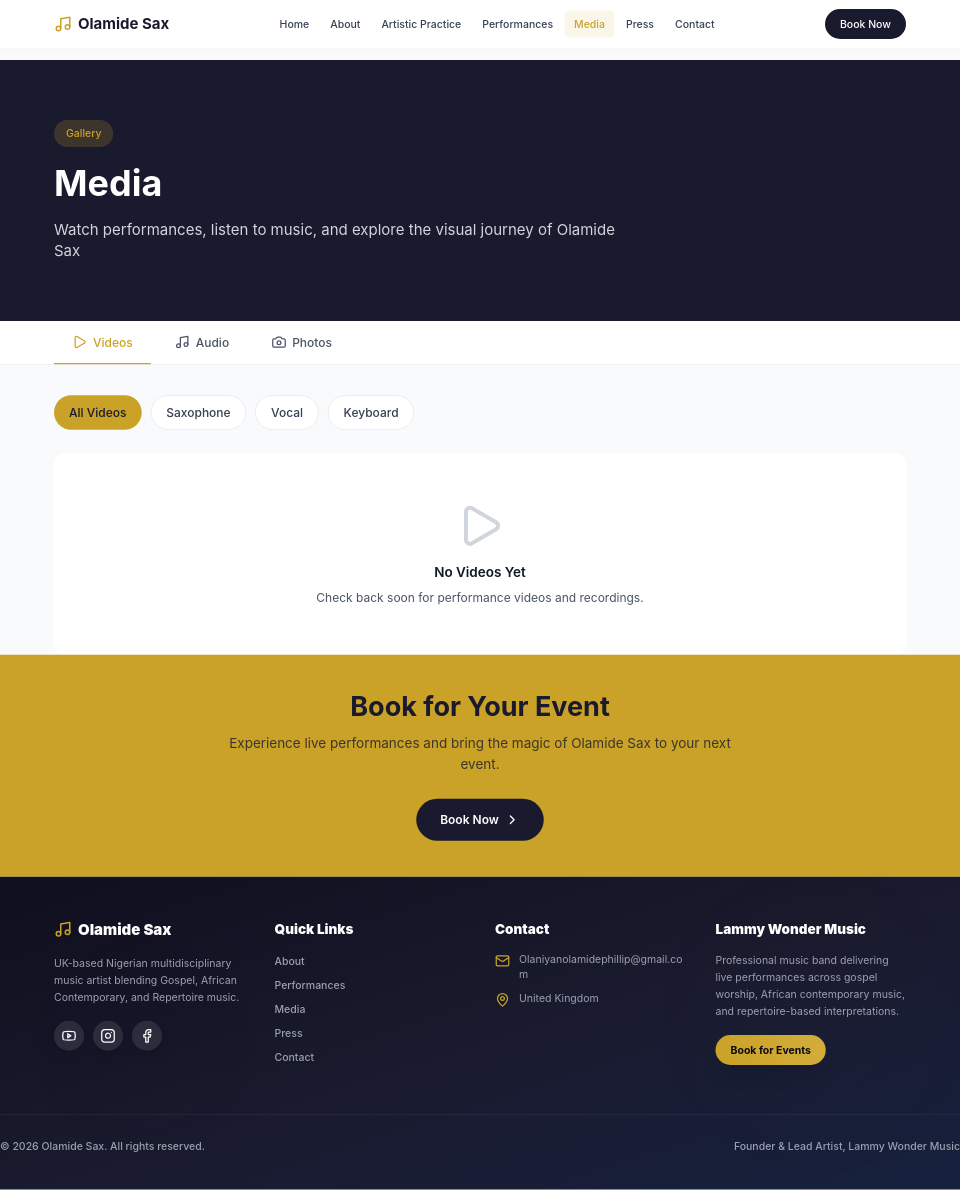
Repository: TheJazzDev/olamide-sax
Page: /media
An editor plug-in stored every save of this project. The page is shown before and after a run of saves, followed by the edit.
The browser window is 1280 px wide. The pictures show the whole page, at 75% of full size.
The page's requests for data from a server got no answer. The project was rebuilt for these pictures with package versions that can differ from the ones it lists, and the page was loaded fresh each time. Some packages were replaced by stand-ins written for this rebuild. The framework's server and built-in components were replaced by stand-ins that run in the browser. No one was signed in, and anything a server would have sent is missing. Also part of the build but not shown: next.config.ts.

Above is the page before, as saved 2026-01-17 17:36:30.

### app/layout.tsx
import type { Metadata } from 'next';
import './globals.css';

export const metadata: Metadata = {
  title: 'Olamide Sax | Vocalist • Saxophonist • Keyboardist',
  description:
    'UK-based Nigerian multidisciplinary music artist blending Gospel, African Contemporary, and Repertoire music through live performance, worship, and community-focused cultural events. Founder & Lead Artist of Lammy Wonder Music.',
  keywords: [
    'Olamide Sax',
    'Saxophonist',
    'Vocalist',
    'Keyboardist',
    'Nigerian Artist',
    'UK Musician',
    'Gospel Music',
    'African Contemporary',
    'Lammy Wonder Music',
    'Live Performance',
    'Worship Music',
  ],
  authors: [{ name: 'Olamide Sax' }],
  openGraph: {
    title: 'Olamide Sax | Vocalist • Saxophonist • Keyboardist',
    description:
      'UK-based Nigerian multidisciplinary music artist blending Gospel, African Contemporary, and Repertoire music.',
    type: 'website',
    locale: 'en_GB',
  },
  twitter: {
    card: 'summary_large_image',
    title: 'Olamide Sax | Vocalist • Saxophonist • Keyboardist',
    description:
      'UK-based Nigerian multidisciplinary music artist blending Gospel, African Contemporary, and Repertoire music.',
  },
};

export default function RootLayout({
  children,
}: Readonly<{
  children: React.ReactNode;
}>) {
  return (
    <html lang='en'>
      <head>
        <link
          rel='apple-touch-icon'
          sizes='180x180'
          href='/apple-touch-icon.png'
        />
        <link
          rel='icon'
          type='image/png'
          sizes='32x32'
          href='/favicon-32x32.png'
        />
        <link
          rel='icon'
          type='image/png'
          sizes='16x16'
          href='/favicon-16x16.png'
        />
        <link rel='manifest' href='/site.webmanifest' />
      </head>
      <body className='antialiased'>{children}</body>
    </html>
  );
}

### app/(site)/layout.tsx
import Navigation from "@/components/Navigation";
import Footer from "@/components/Footer";

export default function SiteLayout({
  children,
}: {
  children: React.ReactNode;
}) {
  return (
    <>
      <Navigation />
      <main className="pt-16 md:pt-20">
        {children}
      </main>
      <Footer />
    </>
  );
}

### app/(site)/media/page.tsx
'use client';

import { useState, useEffect } from 'react';
import { useSearchParams } from 'next/navigation';
import Image from 'next/image';
import Link from 'next/link';
import { Play, Music, Camera, ChevronRight, ExternalLink, Disc } from 'lucide-react';

interface VideoItem {
  id: string;
  title: string;
  url: string;
  platform: string;
  description?: string;
  category?: string | null;
  featured: boolean;
  displayOrder: number;
}

interface MusicItem {
  id: string;
  title: string;
  platform: string;
  url: string;
  releaseYear: string;
}

interface PhotoItem {
  id: string;
  title: string;
  url: string;
  category: string;
  alt: string;
}

type TabType = 'videos' | 'audio' | 'photos';
type VideoCategory = 'all' | 'SAXOPHONE' | 'VOCAL' | 'KEYBOARD';

export default function MediaPage() {
  const searchParams = useSearchParams();
  const [activeTab, setActiveTab] = useState<TabType>('videos');
  const [videoCategory, setVideoCategory] = useState<VideoCategory>('all');
  const [videos, setVideos] = useState<VideoItem[]>([]);
  const [music, setMusic] = useState<MusicItem[]>([]);
  const [photos, setPhotos] = useState<PhotoItem[]>([]);
  const [loading, setLoading] = useState(true);

  useEffect(() => {
    fetchData();

    // Check for category parameter in URL
    const category = searchParams.get('category');
    if (category && (category === 'SAXOPHONE' || category === 'VOCAL' || category === 'KEYBOARD')) {
      setActiveTab('videos');
      setVideoCategory(category as VideoCategory);
    }
  }, [searchParams]);

  const fetchData = async () => {
    try {
      const [videosRes, musicRes, photosRes] = await Promise.all([
        fetch('/api/videos'),
        fetch('/api/music'),
        fetch('/api/photos'),
      ]);

      const videosData = await videosRes.json();
      const musicData = await musicRes.json();
      const photosData = await photosRes.json();

      setVideos(videosData);
      setMusic(musicData);
      setPhotos(photosData);
    } catch (error) {
      console.error('Error fetching media:', error);
    } finally {
      setLoading(false);
    }
  };

  const videoCategories = [
    { id: 'all' as VideoCategory, label: 'All Videos' },
    { id: 'SAXOPHONE' as VideoCategory, label: 'Saxophone' },
    { id: 'VOCAL' as VideoCategory, label: 'Vocal' },
    { id: 'KEYBOARD' as VideoCategory, label: 'Keyboard' },
  ];

  const filteredVideos = videoCategory === 'all'
    ? videos
    : videos.filter(video => video.category === videoCategory);

  const tabs = [
    { id: 'videos' as TabType, label: 'Videos', icon: Play, count: videos.length },
    { id: 'audio' as TabType, label: 'Audio', icon: Music, count: music.length },
    { id: 'photos' as TabType, label: 'Photos', icon: Camera, count: photos.length },
  ];

  return (
    <>
      {/* Hero Section */}
      <section className="relative py-8 sm:py-10 md:py-14 lg:py-20 bg-[#1a1a2e] text-white">
        <div className="container-custom">
          <div className="max-w-3xl">
            <span className="inline-block px-3 py-1.5 sm:px-4 sm:py-2 bg-[#c9a227]/20 text-[#c9a227] text-xs sm:text-sm font-medium rounded-full mb-4 sm:mb-6">
              Gallery
            </span>
            <h1 className="text-3xl sm:text-4xl md:text-5xl font-bold mb-3 sm:mb-4 md:mb-6">
              Media
            </h1>
            <p className="text-base sm:text-lg md:text-xl text-gray-300">
              Watch performances, listen to music, and explore the visual journey of Olamide Sax
            </p>
          </div>
        </div>
      </section>

      {/* Tabs */}
      <section className="bg-white border-b border-gray-200 sticky top-16 md:top-20 z-10">
        <div className="container-custom">
          <div className="flex gap-1 sm:gap-2 overflow-x-auto scrollbar-hide">
            {tabs.map((tab) => {
              const Icon = tab.icon;
              return (
                <button
                  key={tab.id}
                  onClick={() => setActiveTab(tab.id)}
                  className={`flex items-center gap-2 px-4 sm:px-6 py-3 sm:py-4 font-medium text-sm sm:text-base whitespace-nowrap transition-colors border-b-2 ${
                    activeTab === tab.id
                      ? 'border-[#c9a227] text-[#c9a227]'
                      : 'border-transparent text-gray-600 hover:text-gray-900'
                  }`}
                >
                  <Icon className="w-4 h-4 sm:w-5 sm:h-5" />
                  {tab.label}
                  {tab.count > 0 && (
                    <span className="ml-1 sm:ml-2 px-2 py-0.5 bg-gray-100 text-gray-600 text-xs rounded-full">
                      {tab.count}
                    </span>
                  )}
                </button>
              );
            })}
          </div>
        </div>
      </section>

      {/* Content */}
      <section className="pt-4 lg:pt-10 bg-gray-50">
        <div className="container-custom">
          {loading ? (
            <div className="flex items-center justify-center py-20">
              <div className="text-center">
                <div className="w-12 h-12 sm:w-16 sm:h-16 border-4 border-[#c9a227] border-t-transparent rounded-full animate-spin mx-auto mb-4"></div>
                <p className="text-gray-600">Loading media...</p>
              </div>
            </div>
          ) : (
            <>
              {/* Videos Tab */}
              {activeTab === 'videos' && (
                <div>
                  {/* Category Filters */}
                  <div className="mb-6 sm:mb-8">
                    <div className="flex flex-wrap gap-2 sm:gap-3">
                      {videoCategories.map((cat) => (
                        <button
                          key={cat.id}
                          onClick={() => setVideoCategory(cat.id)}
                          className={`px-4 py-2 sm:px-5 sm:py-2.5 text-sm sm:text-base font-medium rounded-full transition-colors ${
                            videoCategory === cat.id
                              ? 'bg-[#c9a227] text-[#1a1a2e]'
                              : 'bg-white text-gray-700 hover:bg-gray-100 border border-gray-200'
                          }`}
                        >
                          {cat.label}
                        </button>
                      ))}
                    </div>
                  </div>

                  {videos.length > 0 ? (
                    filteredVideos.length > 0 ? (
                      <div className="grid sm:grid-cols-2 lg:grid-cols-3 gap-4 sm:gap-6">
                        {filteredVideos.map((video) => (
                        <div key={video.id} className="bg-white rounded-xl overflow-hidden shadow-sm hover:shadow-md transition-shadow">
                          <div className="relative aspect-video bg-gray-200">
                            <div className="absolute inset-0 flex items-center justify-center bg-[#1a1a2e]/90">
                              <div className="text-center text-white p-4">
                                <Play className="w-10 h-10 sm:w-12 sm:h-12 mx-auto mb-2 text-[#c9a227]" />
                                <p className="text-xs sm:text-sm">Available on {video.platform}</p>
                              </div>
                            </div>
                          </div>
                          <div className="p-4">
                            <div className="flex items-center gap-2 mb-1">
                              <span className="text-xs font-medium text-[#c9a227] uppercase tracking-wide">
                                {video.platform}
                              </span>
                              {video.category && (
                                <>
                                  <span className="text-gray-300">•</span>
                                  <span className="text-xs font-medium text-gray-600">
                                    {video.category === 'SAXOPHONE' && 'Saxophone'}
                                    {video.category === 'VOCAL' && 'Vocal'}
                                    {video.category === 'KEYBOARD' && 'Keyboard'}
                                  </span>
                                </>
                              )}
                            </div>
                            <h3 className="font-bold text-gray-900 mt-1 mb-2 text-sm sm:text-base">{video.title}</h3>
                            {video.description && (
                              <p className="text-xs sm:text-sm text-gray-600 mb-3 line-clamp-2">{video.description}</p>
                            )}
                            <a
                              href={video.url}
                              target="_blank"
                              rel="noopener noreferrer"
                              className="inline-flex items-center gap-2 text-xs sm:text-sm font-medium text-[#c9a227] hover:underline"
                            >
                              Watch Now
                              <ExternalLink className="w-3 h-3 sm:w-4 sm:h-4" />
                            </a>
                          </div>
                        </div>
                      ))}
                    </div>
                    ) : (
                      <div className="bg-white p-12 sm:p-16 rounded-xl text-center">
                        <Play className="w-12 h-12 sm:w-16 sm:h-16 text-gray-300 mx-auto mb-4" />
                        <h3 className="font-semibold text-gray-900 mb-2 text-base sm:text-lg">
                          No {videoCategory !== 'all' ? videoCategories.find(c => c.id === videoCategory)?.label : ''} Videos
                        </h3>
                        <p className="text-gray-600 text-sm sm:text-base">
                          {videoCategory !== 'all'
                            ? 'No videos found in this category. Try selecting a different category.'
                            : 'Check back soon for performance videos and recordings.'}
                        </p>
                      </div>
                    )
                  ) : (
                    <div className="bg-white p-12 sm:p-16 rounded-xl text-center">
                      <Play className="w-12 h-12 sm:w-16 sm:h-16 text-gray-300 mx-auto mb-4" />
                      <h3 className="font-semibold text-gray-900 mb-2 text-base sm:text-lg">No Videos Yet</h3>
                      <p className="text-gray-600 text-sm sm:text-base">Check back soon for performance videos and recordings.</p>
                    </div>
                  )}
                </div>
              )}

              {/* Audio Tab */}
              {activeTab === 'audio' && (
                <div>
                  {music.length > 0 ? (
                    <div className="space-y-4">
                      {music.map((release) => (
                        <div
                          key={release.id}
                          className="bg-white p-4 sm:p-6 rounded-xl shadow-sm hover:shadow-md transition-shadow"
                        >
                          <div className="flex flex-col sm:flex-row items-start sm:items-center gap-4">
                            <div className="w-16 h-16 sm:w-20 sm:h-20 bg-[#1a1a2e] rounded-lg flex items-center justify-center shrink-0">
                              <Disc className="w-8 h-8 sm:w-10 sm:h-10 text-[#c9a227]" />
                            </div>
                            <div className="flex-1 min-w-0">
                              <h3 className="font-bold text-gray-900 text-base sm:text-lg">{release.title}</h3>
                              <div className="flex items-center gap-2 mt-1">
                                <span className="text-xs sm:text-sm font-medium text-[#c9a227]">{release.platform}</span>
                                <span className="text-gray-400">•</span>
                                <span className="text-xs sm:text-sm text-gray-500">{release.releaseYear}</span>
                              </div>
                            </div>
                            <a
                              href={release.url}
                              target="_blank"
                              rel="noopener noreferrer"
                              className="inline-flex items-center gap-2 px-4 sm:px-5 py-2 sm:py-2.5 bg-[#c9a227] text-[#1a1a2e] text-sm font-semibold rounded-full hover:bg-[#e8d48b] transition-colors shrink-0"
                            >
                              <Play className="w-4 h-4" />
                              Listen
                            </a>
                          </div>
                        </div>
                      ))}
                    </div>
                  ) : (
                    <div className="bg-white p-12 sm:p-16 rounded-xl text-center">
                      <Music className="w-12 h-12 sm:w-16 sm:h-16 text-gray-300 mx-auto mb-4" />
                      <h3 className="font-semibold text-gray-900 mb-2 text-base sm:text-lg">No Music Releases Yet</h3>
                      <p className="text-gray-600 text-sm sm:text-base">Check back soon for music releases and streaming links.</p>
                    </div>
                  )}
                </div>
              )}

              {/* Photos Tab */}
              {activeTab === 'photos' && (
                <div>
                  {photos.length > 0 ? (
                    <div className="grid grid-cols-2 sm:grid-cols-2 lg:grid-cols-3 gap-3 sm:gap-4 md:gap-6">
                      {photos.map((photo) => (
                        <div key={photo.id} className="bg-white rounded-xl overflow-hidden shadow-sm hover:shadow-md transition-shadow group">
                          <div className="relative aspect-square bg-gray-200">
                            <Image
                              src={photo.url}
                              alt={photo.alt}
                              fill
                              className="object-cover group-hover:scale-105 transition-transform duration-300"
                            />
                          </div>
                          <div className="p-3 sm:p-4">
                            <span className="text-xs font-medium text-[#c9a227] uppercase tracking-wide">
                              {photo.category}
                            </span>
                            <h3 className="font-semibold text-gray-900 mt-1 text-sm sm:text-base">{photo.title}</h3>
                          </div>
                        </div>
                      ))}
                    </div>
                  ) : (
                    <div className="bg-white p-12 sm:p-16 rounded-xl text-center">
                      <Camera className="w-12 h-12 sm:w-16 sm:h-16 text-gray-300 mx-auto mb-4" />
                      <h3 className="font-semibold text-gray-900 mb-2 text-base sm:text-lg">No Photos Yet</h3>
                      <p className="text-gray-600 text-sm sm:text-base">Check back soon for performance and event photos.</p>
                    </div>
                  )}
                </div>
              )}
            </>
          )}
        </div>
      </section>

      {/* CTA Section */}
      <section className="py-12 bg-[#c9a227]">
        <div className="container-custom text-center">
          <h2 className="text-2xl sm:text-3xl md:text-4xl font-bold text-[#1a1a2e] mb-3 sm:mb-4">
            Book for Your Event
          </h2>
          <p className="text-[#1a1a2e]/80 text-base sm:text-lg mb-6 sm:mb-8 max-w-2xl mx-auto">
            Experience live performances and bring the magic of Olamide Sax to your next event.
          </p>
          <Link
            href="/contact"
            className="inline-flex items-center gap-2 px-6 sm:px-8 py-3 sm:py-4 bg-[#1a1a2e] text-white font-semibold rounded-full hover:bg-[#16213e] transition-colors text-sm sm:text-base"
          >
            Book Now
            <ChevronRight className="w-4 h-4 sm:w-5 sm:h-5" />
          </Link>
        </div>
      </section>
    </>
  );
}

### app/globals.css
@import "tailwindcss";

:root {
  --background: #fafafa;
  --foreground: #171717;
  --primary: #1a1a2e;
  --secondary: #c9a227;
  --accent: #16213e;
  --muted: #6b7280;
}

@theme inline {
  --color-background: var(--background);
  --color-foreground: var(--foreground);
  --color-primary: var(--primary);
  --color-secondary: var(--secondary);
  --color-accent: var(--accent);
  --color-muted: var(--muted);
}

@media (prefers-color-scheme: dark) {
  :root {
    --background: #0a0a0a;
    --foreground: #ededed;
  }
}

* {
  box-sizing: border-box;
}

body {
  background: var(--background);
  color: var(--foreground);
  font-family: -apple-system, BlinkMacSystemFont, 'Segoe UI', Roboto, 'Helvetica Neue', Arial, sans-serif;
}

html {
  scroll-behavior: smooth;
}

/* Custom scrollbar */
::-webkit-scrollbar {
  width: 8px;
  height: 4px;
}

::-webkit-scrollbar-track {
  background: #f1f1f1;
}

::-webkit-scrollbar-thumb {
  background: #c9a227;
  border-radius: 4px;
}

::-webkit-scrollbar-thumb:hover {
  background: #b8931f;
}

/* Animations */
@keyframes fadeIn {
  from {
    opacity: 0;
    transform: translateY(20px);
  }
  to {
    opacity: 1;
    transform: translateY(0);
  }
}

@keyframes float {
  0%, 100% {
    transform: translateY(0px) translateX(0px);
  }
  50% {
    transform: translateY(-20px) translateX(10px);
  }
}

@keyframes floatDelay {
  0%, 100% {
    transform: translateY(0px) translateX(0px) rotate(0deg);
  }
  50% {
    transform: translateY(-30px) translateX(-15px) rotate(5deg);
  }
}

@keyframes floatDelay2 {
  0%, 100% {
    transform: translateY(0px) translateX(0px) rotate(0deg);
  }
  50% {
    transform: translateY(-25px) translateX(20px) rotate(-5deg);
  }
}

.animate-fade-in {
  animation: fadeIn 0.6s ease-out forwards;
}

.animate-fade-in-delay-1 {
  animation: fadeIn 0.6s ease-out 0.1s forwards;
  opacity: 0;
}

.animate-fade-in-delay-2 {
  animation: fadeIn 0.6s ease-out 0.2s forwards;
  opacity: 0;
}

.animate-fade-in-delay-3 {
  animation: fadeIn 0.6s ease-out 0.3s forwards;
  opacity: 0;
}

.animate-float {
  animation: float 6s ease-in-out infinite;
}

.animate-float-delay {
  animation: floatDelay 8s ease-in-out infinite;
}

.animate-float-delay-2 {
  animation: floatDelay2 7s ease-in-out infinite;
}

/* Gold underline effect */
.gold-underline {
  position: relative;
  display: inline-block;
}

.gold-underline::after {
  content: '';
  position: absolute;
  bottom: -4px;
  left: 0;
  width: 100%;
  height: 3px;
  background: linear-gradient(90deg, #c9a227, #e8d48b);
}

/* Section styling - Mobile-first approach */
.section-padding {
  padding: 3rem 0;
}

@media (min-width: 640px) {
  .section-padding {
    padding: 4rem 0;
  }
}

@media (min-width: 768px) {
  .section-padding {
    padding: 5rem 0;
  }
}

@media (min-width: 1024px) {
  .section-padding {
    padding: 6rem 0;
  }
}

/* Container */
.container-custom {
  max-width: 1200px;
  margin: 0 auto;
  padding: 0 1rem;
}

@media (min-width: 640px) {
  .container-custom {
    padding: 0 1.5rem;
  }
}

@media (min-width: 1024px) {
  .container-custom {
    padding: 0 2rem;
  }
}

Loaded but not shown: components/Footer.tsx (127 lines, source omitted); components/Navigation.tsx (157 lines, source omitted)

After the next 3 saves:
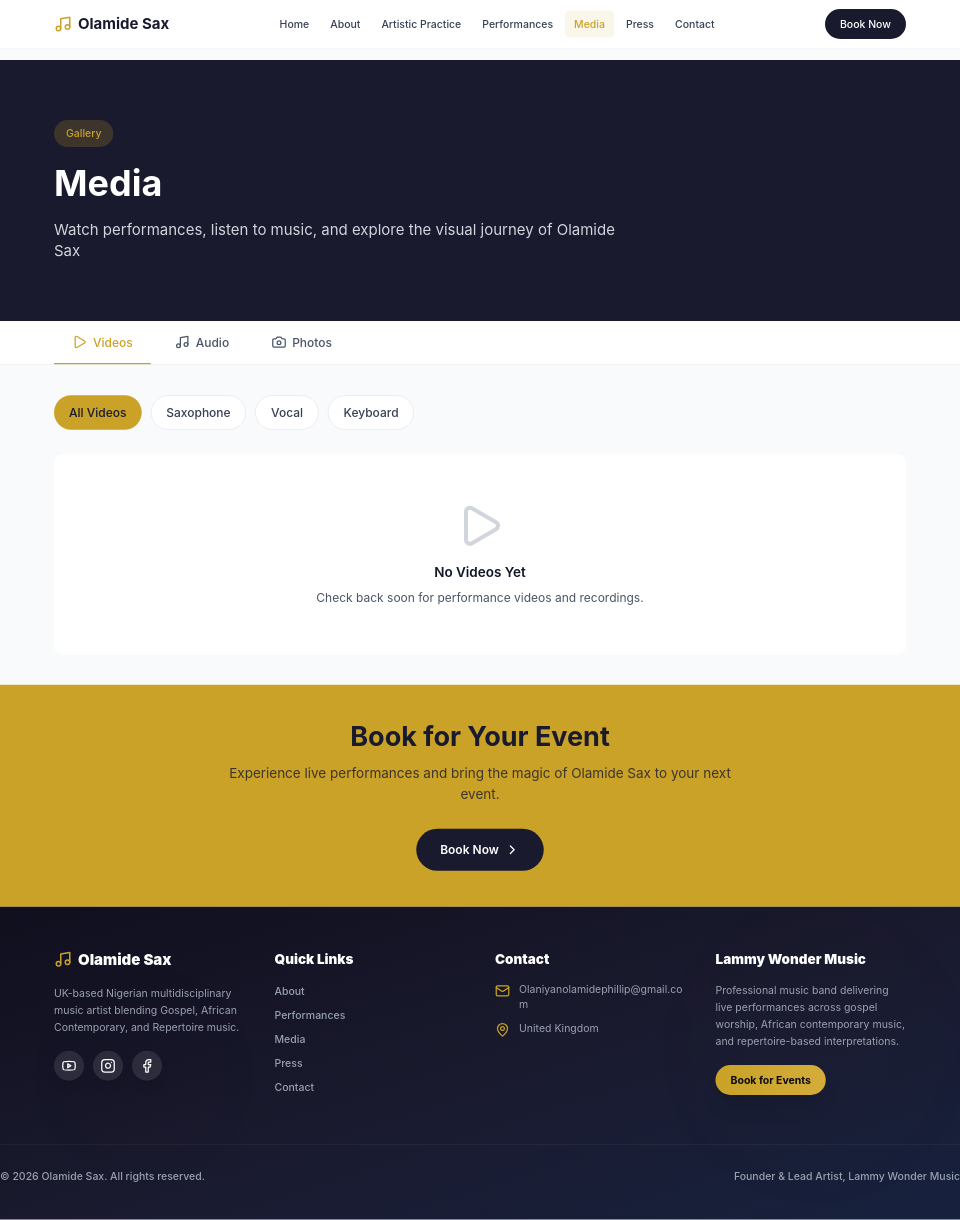
The 3 saves are shown as one change because they came seconds apart.
The last was saved 7 s later.
--- a/app/(site)/media/page.tsx
+++ b/app/(site)/media/page.tsx
@@ -145,7 +145,7 @@ export default function MediaPage() {
       </section>
 
       {/* Content */}
-      <section className="pt-4 lg:pt-10 bg-gray-50">
+      <section className="pt-4 pb-10 lg:pt-10 bg-gray-50">
         <div className="container-custom">
           {loading ? (
             <div className="flex items-center justify-center py-20">
